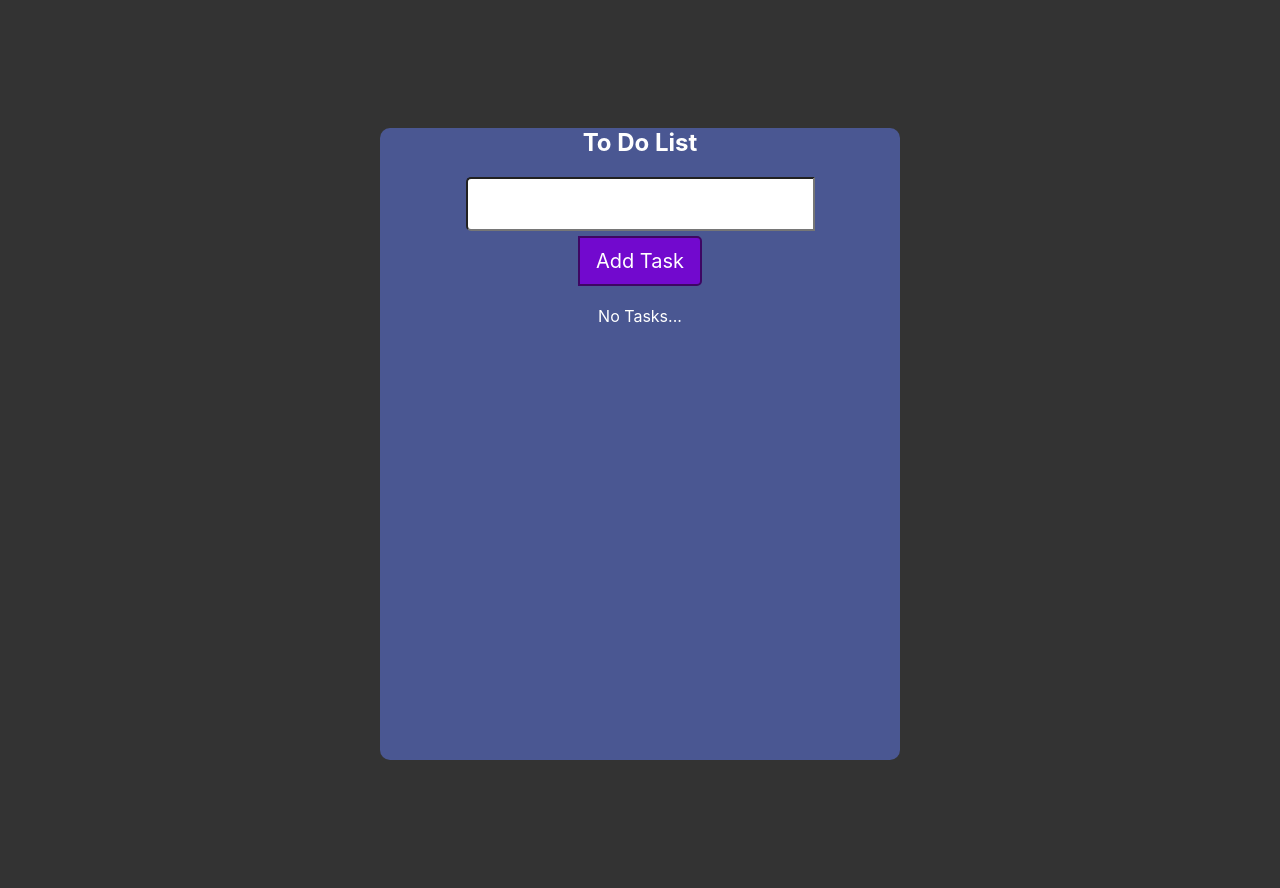
Repository: kirangautam45/ToDoList
Page: /
The author's editor kept a copy of each file at every save. The page is drawn from the files as they stood at one save, then again after the next save.
The browser window is 1280 px wide. The pictures show the whole page.
The project was rebuilt for these pictures with package versions that can differ from the ones it lists, and the page was loaded fresh each time. Also part of the build but not shown: src/components/Update.js.

Above is the page before, as saved 2022-08-07 20:45:31.

### src/App.js
import { useState } from "react";
import TodoForm from "./components/TodoForm";
import Update from "./components/Update";
import ToDo from "./components/Todo";

import "./App.css";

function App() {
  // Tasks (To Do List) State
  const [toDo, setToDo] = useState([]);
  const [newTask, setNewTask] = useState("");
  const [updateData, setUpdateData] = useState("");

  // Add task
  const addTask = () => {
    if (newTask) {
      let num = toDo.length + 1;
      let newEntry = { id: num, title: newTask, status: false };
      setToDo([...toDo, newEntry]);
      setNewTask("");
    }
  };

  // Delete task
  const deleteTask = (id) => {
    let newTasks = toDo.filter((task) => task.id !== id);
    setToDo(newTasks);
  };

  // Mark task as completed
  const markDone = (id) => {
    let newTask = toDo.map((task) => {
      if (task.id === id) {
        return { ...task, status: !task.status };
      }
      return task;
    });
    setToDo(newTask);
  };

  // Cancel update
  const cancelUpdate = () => {
    setUpdateData("");
  };

  // Change task for update
  const changeTask = (e) => {
    let newEntry = {
      id: updateData.id,
      title: e.target.value,
      status: updateData.status ? true : false,
    };
    setUpdateData(newEntry);
  };

  // Update task
  const updateTask = () => {
    let filterRecords = [...toDo].filter((task) => task.id !== updateData.id);
    let updatedObject = [...filterRecords, updateData];
    setToDo(updatedObject);
    setUpdateData("");
  };
  // search task

  return (
    <div className="container">
      <h2>To Do List</h2>

      {updateData && updateData ? (
        <Update
          updateData={updateData}
          changeTask={changeTask}
          updateTask={updateTask}
          cancelUpdate={cancelUpdate}
        />
      ) : (
        <TodoForm newTask={newTask} setNewTask={setNewTask} addTask={addTask} />
      )}

      {toDo && toDo.length ? "" : "No Tasks..."}

      <ToDo
        toDo={toDo}
        markDone={markDone}
        setUpdateData={setUpdateData}
        deleteTask={deleteTask}
      />
    </div>
  );
}

export default App;

### src/components/TodoForm.js
import React from "react";

const TodoForm = ({ newTask, setNewTask, addTask }) => {
  return (
    <div>
      <div className="row">
        <div className="col">
          <input
            value={newTask}
            onChange={(e) => setNewTask(e.target.value)}
            className="form-control"
          />
        </div>
        <div className="col-auto">
          <button onClick={addTask} className="btn-success">
            Add Task
          </button>
        </div>
      </div>
      <br />
    </div>
  );
};

export default TodoForm;

### src/components/Todo.js
import React from "react";
import { FontAwesomeIcon } from "@fortawesome/react-fontawesome";
import {
  faCircleCheck,
  faPen,
  faTrashCan,
} from "@fortawesome/free-solid-svg-icons";
const Todo = ({ toDo, markDone, setUpdateData, deleteTask }) => {
  return (
    <div>
      {toDo &&
        toDo
          .sort((a, b) => (a.id > b.id ? 1 : -1))
          .map((task, index) => {
            return (
              <React.Fragment key={task.id}>
                <div className="col taskBg">
                  <div className={task.status ? "done" : ""}>
                    <span className="taskNumber">{index + 1}</span>
                    <span className="taskText">{task.title}</span>
                  </div>
                  <div className="iconsWrap">
                    <span
                      title="Completed / Not Completed"
                      onClick={(e) => markDone(task.id)}
                    >
                      <FontAwesomeIcon icon={faCircleCheck} />
                    </span>

                    {task.status ? null : (
                      <span
                        title="Edit"
                        onClick={() =>
                          setUpdateData({
                            id: task.id,
                            title: task.title,
                            status: task.status ? true : false,
                          })
                        }
                      >
                        <FontAwesomeIcon icon={faPen} />
                      </span>
                    )}

                    <span title="Delete" onClick={() => deleteTask(task.id)}>
                      <FontAwesomeIcon icon={faTrashCan} />
                    </span>
                  </div>
                </div>
              </React.Fragment>
            );
          })}
    </div>
  );
};

export default Todo;

### src/App.css
body {
  background-color: #333;
  color: #fff;
}

.container{

  flex-direction: column;
  justify-content: start;
  width: 520px;
  min-height: 600px;
  background: #4a5792;
  text-align: center;
  margin: 128px auto;
  border-radius: 10px;
  padding-bottom: 32px;
}

.taskBg {
  background-color: rgb(130, 94, 94);
  border-radius: 6px;
  margin-bottom: 20px;
  padding: 10px 140px 10px 15px;
  text-align: left;
  font-size: 22px;
  position: relative;
}

.taskBg div {
  display: flex;
  align-items: center;
}

.taskNumber {
  color: rgb(180, 84, 84);
  border: 1px solid rgb(108, 39, 39);
  border-radius: 50%;
  width: 26px;
  height: 26px;
  display: flex;
  text-align: center;
  font-size: 14px;
  margin-right: 8px;
  align-items: center;
  justify-content: center;
}

.taskBg .taskText {
  flex: 1;
}

.taskBg .done .taskText {
  text-decoration: line-through;
  opacity: 0.8;
}

.taskBg .iconsWrap {
  position: absolute;
  top: 50%;
  transform: translateY(-50%);
  right: 15px;
  width: auto;
  display: inline-block;
}

.taskBg .iconsWrap span {
  display: inline-block;
  margin: 0px 10px 0 10px;
  cursor: pointer;
  color: #94e2be;
}

.taskBg .iconsWrap span:hover {
  color: rgb(250, 250, 23);
}

.mr-20 {
  margin-right: 20px;
}
.btn-success{
  flex: 0.6;
    min-height: 50px;
    font-family: var(--font-family);
    font-weight: 400;
    font-size: 20px;
    line-height: 28px;
    background: #7209ce;
    border: 2px solid #3e0664;
    padding: 0 1rem;
    color: #fff;
    cursor: pointer;
    outline: none;
    margin-top: 1%;
    border-top-right-radius: 5px;
    border-bottom-right-radius: 5px;
}
.btn-warning{
  flex: 0.6;
  min-height: 50px;
  font-weight: 400;
  font-size: 20px;
  line-height: 28px;
  background: #FF4820;
  border: 2px solid #FF4820;
  padding: 0 1rem;
  color: #fff;
  margin-left: 10px;
  cursor: pointer;
  outline: none;
  border-top-right-radius: 5px;
  border-bottom-right-radius: 5px;

}

.form-control{
  flex: 2;
  min-height: 50px;
  font-family: var(--font-family);
  font-weight: 400;
  font-size: 20px;
  line-height: 28px;
  padding: 0 1rem;
  outline: none;
  color: rgb(28, 27, 27);
  border-top-left-radius: 5px;
  border-bottom-left-radius: 5px;
}

Loaded but not shown: public/index.html (common file); src/index.js (common file); src/index.css (common file); src/reportWebVitals.js (common file)

After the next save:
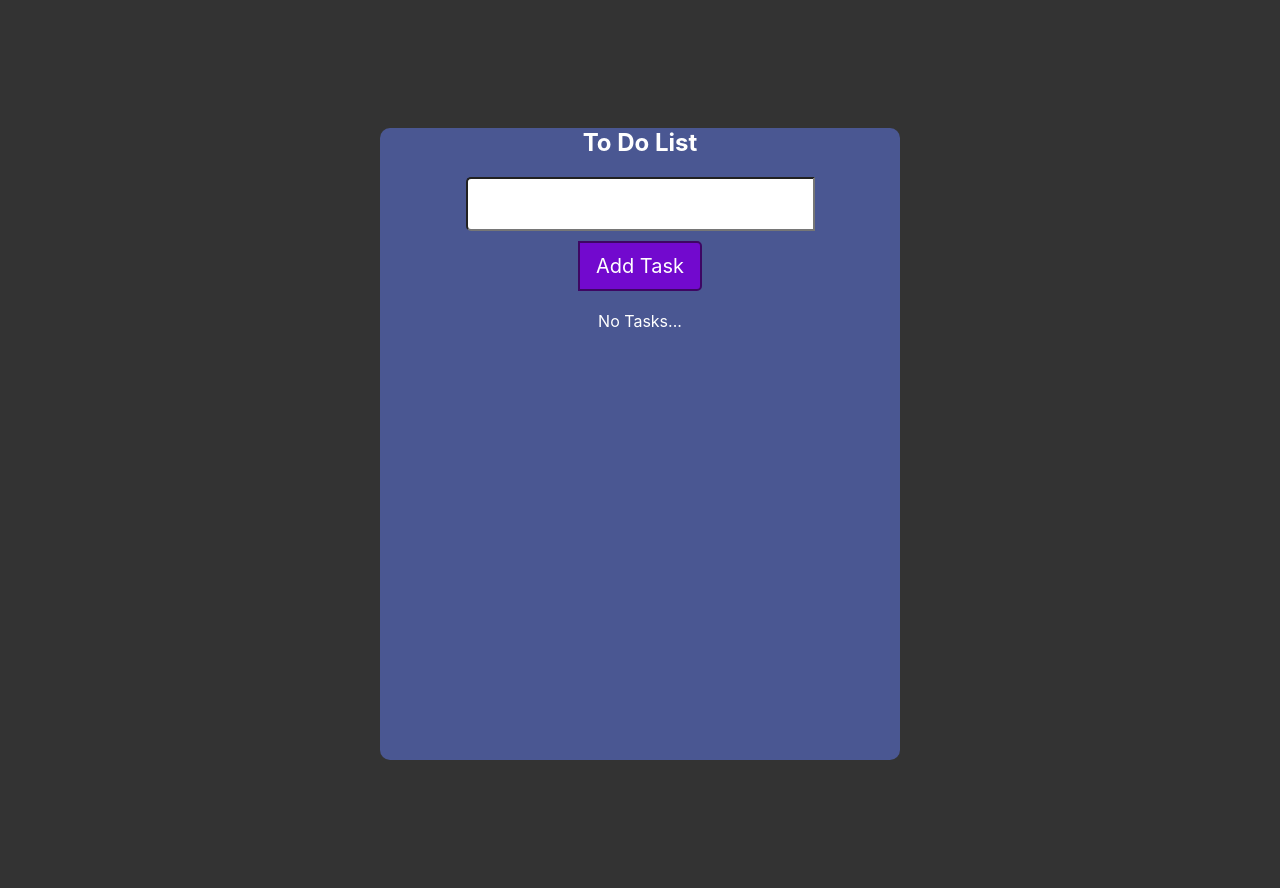
Saved 10 s later.
--- a/src/App.css
+++ b/src/App.css
@@ -90,7 +90,7 @@ body {
     color: #fff;
     cursor: pointer;
     outline: none;
-    margin-top: 1%;
+    margin-top: 2%;
     border-top-right-radius: 5px;
     border-bottom-right-radius: 5px;
 }
